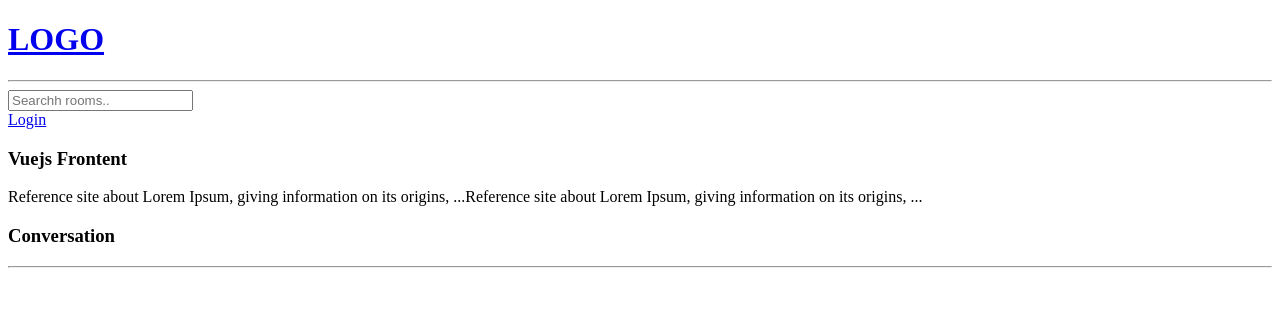
Repository: Dibbya65/Django-Basic
Page: http://localhost/room/13
An editor plug-in stored every save of this project. The page is shown before and after the next save, followed by the edit.
The browser window is 1280 px wide. The pictures show the whole page.
The page is served by the project's application, run on Django 3.2 (manage.py). Other server files are loaded and not shown. The page reads the database file committed with the project.

Above is the page before, as saved 2021-11-16 03:13:34.

### base/templates/base/single-room.html
{% extends 'layouts/master.html' %}
{% block title %}{{room.name}}{% endblock title %}
{% block content %}
<h3>{{ room.name}} </h3>
<p>{{room.description}}</p>

<div class="comment-wrapper">
    <h3>Conversation</h3>
    <hr>
    {% for room_message in room_messages %}
    <div>
        <small>@{{ room_message.user }} ({{room_message.created_at|timesince}} ago)</small>
        <p>{{room_message.body}}</p>
        <hr>
    </div>
    {% endfor %}
</div>

{% endblock content %}

### templates/layouts/master.html
<!DOCTYPE html>
<html lang="en">

  <head>
    <meta charset="UTF-8" />
    <meta http-equiv="X-UA-Compatible" content="IE=edge" />
    <meta name="viewport" content="width=device-width, initial-scale=1.0" />
    <title>MySite | {% block title %} {% endblock %}</title>
  </head>

  <body>
    <a href="/">
      <h1>LOGO</h1>
    </a>
    <hr>
    <form action="{% url 'home' %}" method="GET">
      <input type="text" name="q" placeholder="Searchh rooms.." />
    </form>
    {% if request.user.is_authenticated %}
    <p>Hello {{ request.user.username }}</p>
    <a href="{% url 'logout' %}">Logout</a>
    {%else%}
    <a href="{% url 'login' %}">Login</a>
    {% endif %}
    {% if messages %}
    <ul class="messages">
      {% for message in messages %}
      <li>{{ message }}</li>
      {% endfor %}
    </ul>
    {% endif %}
    {% block content %}{% endblock %}
  </body>

</html>

### base/models.py
from django.db import models
from django.contrib.auth.models import User
# Create your models here.


# topic model
class Topic(models.Model):
    name = models.CharField(max_length=200)

    def __str__(self):
        return self.name

# room model


class Room(models.Model):
    host = models.ForeignKey(User, on_delete=models.SET_NULL, null=True)
    topic = models.ForeignKey(Topic, on_delete=models.SET_NULL, null=True)
    name = models.CharField(max_length=200)
    description = models.TextField(null=True, blank=True)
    Active = 'Active'
    Deactive = 'Deactive'
    STATUS_CHOICE = ((Active, Active), (Deactive, Deactive))
    status = models.CharField(
        max_length=50, choices=STATUS_CHOICE, default=Deactive)
    created_at = models.DateTimeField(auto_now_add=True)
    updated_at = models.DateTimeField(auto_now=True)

    class Meta:
        ordering = ['-updated_at', '-created_at']

    # string representation
    def __str__(self):
        return self.name

# message model


class Message(models.Model):
    user = models.ForeignKey(User, on_delete=models.CASCADE)
    room = models.ForeignKey(Room, on_delete=models.CASCADE)
    body = models.TextField()
    created_at = models.DateTimeField(auto_now_add=True)
    updated_at = models.DateTimeField(auto_now=True)

    def __str__(self):
        return self.body[0:50]

### base/views.py
from django.shortcuts import render, redirect
from django.http import HttpResponse
from django.db.models import Q
from django.contrib.auth.models import User
from django.contrib.auth import authenticate, login, logout
from django.contrib.auth.forms import UserCreationForm
from django.contrib import messages
from django.contrib.auth.decorators import login_required
from .models import Room, Topic
from .forms import RoomForm

# Create your views here.


def login_page(request):
    page = "login"

    if request.user.is_authenticated:
        return redirect("home")

    if request.method == "POST":
        username = request.POST.get("username").lower()
        password = request.POST.get("password")

        try:
            user = User.objects.get(username=username)
        except:
            messages.error(request, "User does not exist")

        user = authenticate(request, username=username, password=password)

        if user is not None:
            login(request, user)
            return redirect("home")
        else:
            messages.error(request, "Invalid credentials")

    context = {"page": page}
    return render(request, "base/login.html", context)


def logout_user(request):
    logout(request)
    return redirect("home")


def register_page(request):
    form = UserCreationForm()

    if request.method == "POST":
        form = UserCreationForm(request.POST)
        if form.is_valid():
            user = form.save(commit=False)
            user.username = user.username.lower()
            user.save()

            login(request, user)

            return redirect("home")
        else:
            messages.error(request, "User registration failed")

    context = {"form": form}

    return render(request, "base/login.html", context)


def home(request):
    q = request.GET.get("q") if request.GET.get("q") != None else ""
    rooms = Room.objects.filter(
        Q(topic__name__icontains=q) | Q(name__icontains=q) | Q(description__icontains=q)
    )
    topics = Topic.objects.all()
    room_count = rooms.count()
    context = {"rooms": rooms, "topics": topics, "room_count": room_count}
    return render(request, "base/home.html", context)


def room(request):
    rooms = Room.objects.all()
    context = {"rooms": rooms}
    return render(request, "base/room.html", context)


def roomdetail(request, pk):
    room = Room.objects.get(id=pk)
    room_messages = room.message_set.all().order_by("-created_at")
    context = {"room": room, "room_messages": room_messages}
    return render(request, "base/single-room.html", context)


@login_required(login_url="login")
def create_room(request):
    form = RoomForm()
    if request.method == "POST":
        form = RoomForm(request.POST)
        if form.is_valid():
            form.save()
            return redirect("home")

    context = {"form": form}
    return render(request, "base/room_form.html", context)


@login_required(login_url="login")
def update_room(request, pk):
    room = Room.objects.get(id=pk)
    form = RoomForm(instance=room)

    if request.user != room.host:
        return HttpResponse("Unauthenticated!")

    if request.method == "POST":
        form = RoomForm(request.POST, instance=room)
        if form.is_valid():
            form.save()
            return redirect("home")

    context = {"form": form}
    return render(request, "base/room_form.html", context)


@login_required(login_url="login")
def delete_room(request, pk):
    room = Room.objects.get(id=pk)
    if request.user != room.host:
        return HttpResponse("Unauthenticated!")

    if request.method == "POST":
        room.delete()
        return redirect("home")
    return render(request, "base/delete.html", {"obj": room})

### studybud/urls.py
"""studybud URL Configuration

The `urlpatterns` list routes URLs to views. For more information please see:
    https://docs.djangoproject.com/en/3.2/topics/http/urls/
Examples:
Function views
    1. Add an import:  from my_app import views
    2. Add a URL to urlpatterns:  path('', views.home, name='home')
Class-based views
    1. Add an import:  from other_app.views import Home
    2. Add a URL to urlpatterns:  path('', Home.as_view(), name='home')
Including another URLconf
    1. Import the include() function: from django.urls import include, path
    2. Add a URL to urlpatterns:  path('blog/', include('blog.urls'))
"""
from django.contrib import admin
from django.urls import path, include


urlpatterns = [
    path('admin/', admin.site.urls),
    path('', include('base.urls'))
]

### base/urls.py
from django.urls import path
from . import views

urlpatterns = [
    path("login/", views.login_page, name="login"),
    path("register/", views.register_page, name="register"),
    path("logout/", views.logout_user, name="logout"),
    path("", views.home, name="home"),
    path("room/", views.room, name="room"),
    path("room/<str:pk>", views.roomdetail, name="room-detail"),
    path("create/room/", views.create_room, name="create-room"),
    path("update/room/<str:pk>/", views.update_room, name="update-room"),
    path("delete/room/<str:pk>/", views.delete_room, name="delete-room"),
]

### db.sqlite3 (the tables this page reads, as SQL)
CREATE TABLE "base_message" ("id" integer NOT NULL PRIMARY KEY AUTOINCREMENT, "body" text NOT NULL, "created_at" datetime NOT NULL, "updated_at" datetime NOT NULL, "room_id" bigint NOT NULL REFERENCES "base_room" ("id") DEFERRABLE INITIALLY DEFERRED, "user_id" integer NOT NULL REFERENCES "auth_user" ("id") DEFERRABLE INITIALLY DEFERRED);
INSERT INTO "base_message" VALUES
(3, 'Reference site about Lorem Ipsum, giving information on its origins, as well as a random Lipsum generator.Reference site about Lorem Ipsum, giving information on its origins, as well as a random Lipsum generator.', '2021-11-15 16:03:46.782159', '2021-11-15 16:03:46.782159', 9, 1),
(4, 'Generate Lorem Ipsum placeholder text for use in your graphic, print and web layouts, and discover plugins for your favorite writing, design and blogging', '2021-11-15 16:10:58.585794', '2021-11-15 16:10:58.585794', 9, 2),
(5, 'hello from hello', '2021-11-15 16:20:11.326644', '2021-11-15 16:20:11.326644', 9, 1),
(6, 'hello from hello', '2021-11-15 16:28:25.796169', '2021-11-15 16:28:25.796169', 9, 1),
(7, 'hello from hello', '2021-11-15 16:29:16.660659', '2021-11-18 15:37:50.359985', 9, 3),
(8, 'adfasdfasdfsadf', '2021-11-17 11:33:58.185912', '2021-11-17 11:33:58.185912', 9, 1),
(9, 'hey there', '2021-11-17 12:49:37.332335', '2021-11-17 12:49:37.332335', 4, 1),
(10, 'hello from hello', '2021-11-17 12:50:13.252612', '2021-11-18 15:37:45.139973', 4, 2),
(12, 'Hello there I am trying to learning c++', '2021-11-20 06:15:42.120664', '2021-11-20 06:15:42.120664', 12, 1);

CREATE TABLE "base_room" ("id" integer NOT NULL PRIMARY KEY AUTOINCREMENT, "name" varchar(200) NOT NULL, "description" text NULL, "status" varchar(50) NOT NULL, "created_at" datetime NOT NULL, "updated_at" datetime NOT NULL, "host_id" integer NULL REFERENCES "auth_user" ("id") DEFERRABLE INITIALLY DEFERRED, "topic_id" bigint NULL REFERENCES "base_topic" ("id") DEFERRABLE INITIALLY DEFERRED);
INSERT INTO "base_room" VALUES
(2, 'Python', '', 'Deactive', '2021-11-14 05:23:25.762339', '2021-11-18 15:37:04.256833', 2, 4),
(4, 'MERN', 'LLLLLLLLLLLLLLLLLLLLLLLLLLLLLLLLLLLLLLLorem', 'Deactive', '2021-11-14 05:23:38.846450', '2021-11-17 11:30:16.453294', 1, 3),
(7, 'Python Basic', '', 'Deactive', '2021-11-14 12:32:58.730800', '2021-11-14 12:32:58.730800', 1, 1),
(8, 'Python Basic', '', 'Deactive', '2021-11-15 09:51:28.888430', '2021-11-15 09:51:28.888430', 1, 1),
(9, 'Django Room', 'Reference site about Lorem Ipsum, giving information on its origins, as well as a random Lipsum generator.', 'Deactive', '2021-11-15 09:53:06.866918', '2021-11-17 11:29:38.106094', 2, 4),
(10, 'Study Reactjs', 'Hello from learning react js', 'Active', '2021-11-18 13:20:54.521854', '2021-11-18 13:20:54.522855', 1, 3),
(11, 'Are you interest in Learning Web Development?', 'Lorem ipsum, or lipsum as it is sometimes known, is dummy text used in laying out print, graphic or web designs. The passage is attributed to an unknown ...', 'Active', '2021-11-19 12:49:53.172046', '2021-11-19 12:49:53.172046', 1, 2),
(12, 'Let''s Learn C++ Gaming', 'Lorem ipsum is a pseudo-Latin text used in web design, typography, layout, and printing in place of English to emphasise design elements over content. It''s also ...', 'Deactive', '2021-11-19 15:34:35.009148', '2021-11-19 15:41:00.554091', 1, 5),
(13, 'Vuejs Frontent', 'Reference site about Lorem Ipsum, giving information on its origins, ...Reference site about Lorem Ipsum, giving information on its origins, ...', 'Deactive', '2021-11-20 10:40:24.435527', '2021-11-20 10:40:24.435527', 4, 6);

After the next save:
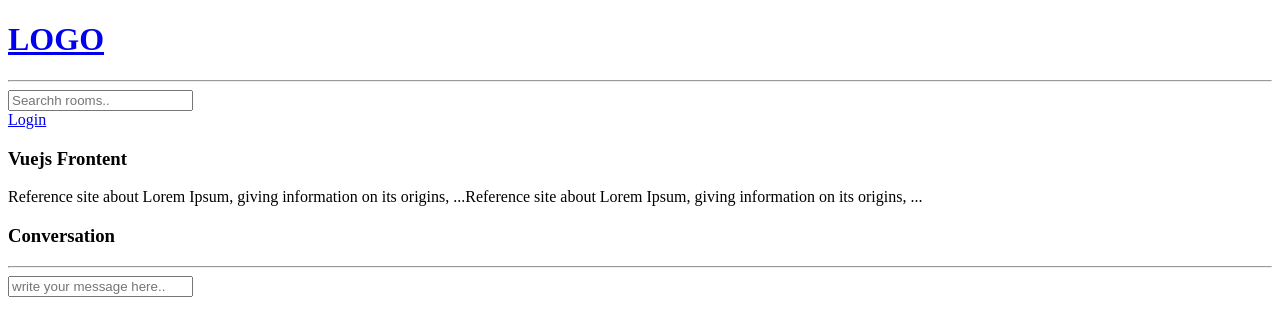
Saved 99 s later.
--- a/base/templates/base/single-room.html
+++ b/base/templates/base/single-room.html
@@ -16,4 +16,11 @@
     {% endfor %}
 </div>
 
+<div class="comment-form">
+    <form action="" method="POST">
+    {% csrf_token %}
+    <input type="text" name="body" placeholder="write your message here..">
+    </form>
+</div>
+
 {% endblock content %}

After the save that followed:
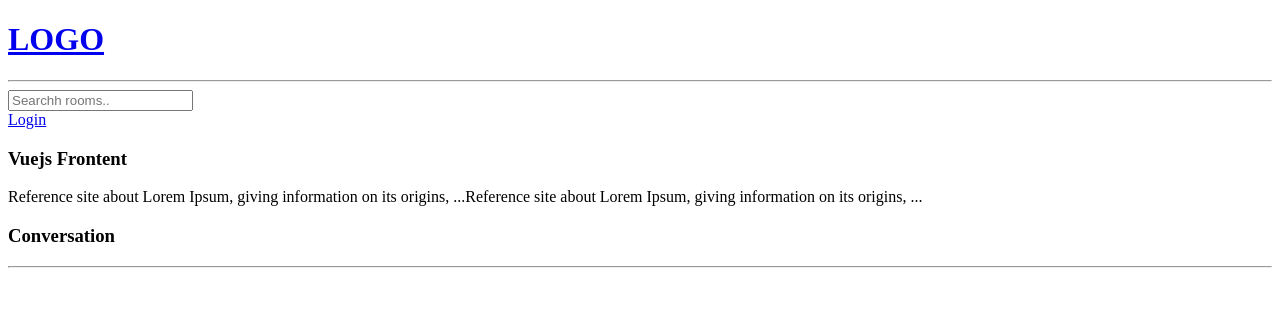
Saved 32 s later.
--- a/base/templates/base/single-room.html
+++ b/base/templates/base/single-room.html
@@ -15,12 +15,13 @@
     </div>
     {% endfor %}
 </div>
-
+{% if request.user.is_authenticated %}
 <div class="comment-form">
     <form action="" method="POST">
     {% csrf_token %}
     <input type="text" name="body" placeholder="write your message here..">
     </form>
 </div>
+{%endif%}
 
 {% endblock content %}
